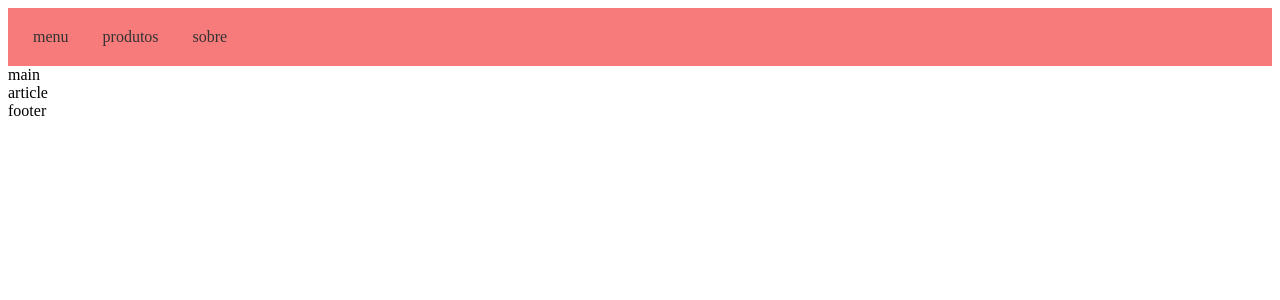
Repository: rafael-beeb/blog-not
Page: myblog/html/index.html
These files come from the project's save history. The page is drawn as it stood at one moment and after the next save; the edit follows.
The browser window is 1280 px wide. The pictures show the whole page.

Above is the page before, as saved 2024-09-19 09:06:04.

### myblog/html/index.html
<!DOCTYPE html>
<html lang="en">
<head>
    <meta charset="UTF-8">
    <meta name="viewport" content="width=device-width, initial-scale=1.0">
    <title>Document</title>
    <link rel="stylesheet" href="../css/styles.css">
</head>
<body>
    <header>
        <nav>
            <a href="">menu</a>
            <a href="">produtos</a>
            <a href="">sobre</a>
        </nav>
    </header>
    <main>main

        <article>
            article
        </article>
    </main>

    <footer>footer</footer>
</body>
</html>

### myblog/css/styles.css
nav {
    background-color: #f87b7b; /* Example background color */
    padding: 10px; /* Add some padding */
}

nav a {
    display: inline-flex;
    text-decoration: none;
    padding: 10px 15px; /* Space around the links */
    color: #333; /* Link color */
}

nav a:hover {
    background-color: #e0e0e0; /* Change background on hover */
    border-radius: 5px; /* Rounded corners on hover */
}

After the next save:
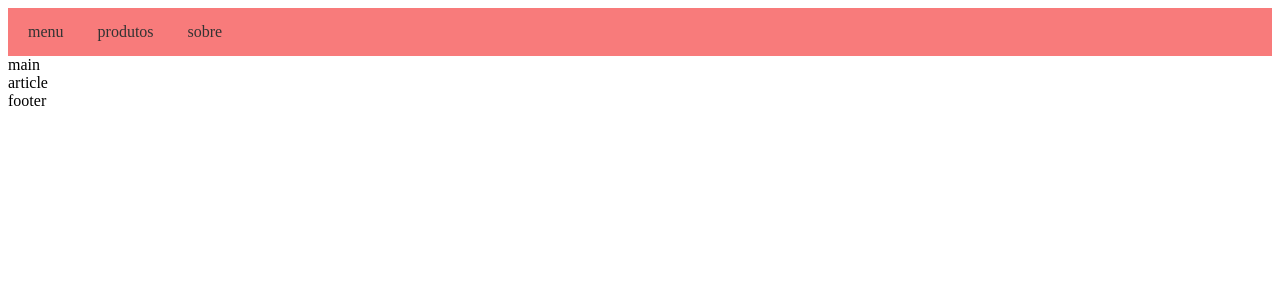
Saved 6 s later.
--- a/myblog/css/styles.css
+++ b/myblog/css/styles.css
@@ -1,6 +1,6 @@
 nav {
     background-color: #f87b7b; /* Example background color */
-    padding: 10px; /* Add some padding */
+    padding: 5px; /* Add some padding */
 }
 
 nav a {
